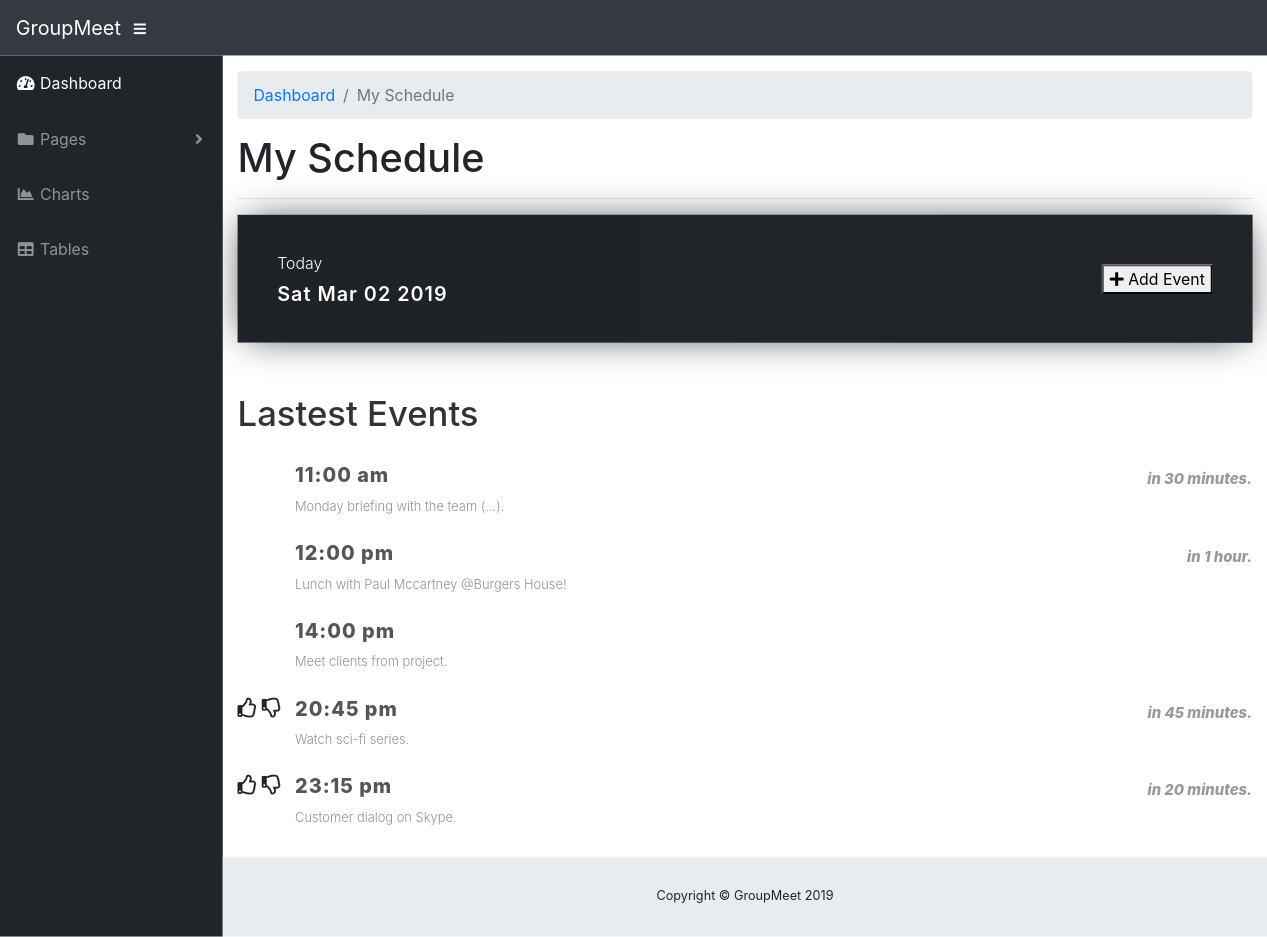
Repository: Map2g/GroupMeet
Page: http://localhost/view_personal_event.html
The author's editor kept a record of every edit. The page is drawn from the files as they stood at one moment, then again after the next edit.
The browser window is 1280 px wide. The pictures show the whole page, at 99% of full size.
The page is run by PHP 8.4 with error messages shown; the project is at /var/www/html/.

Above is the page before.

After the next edit:
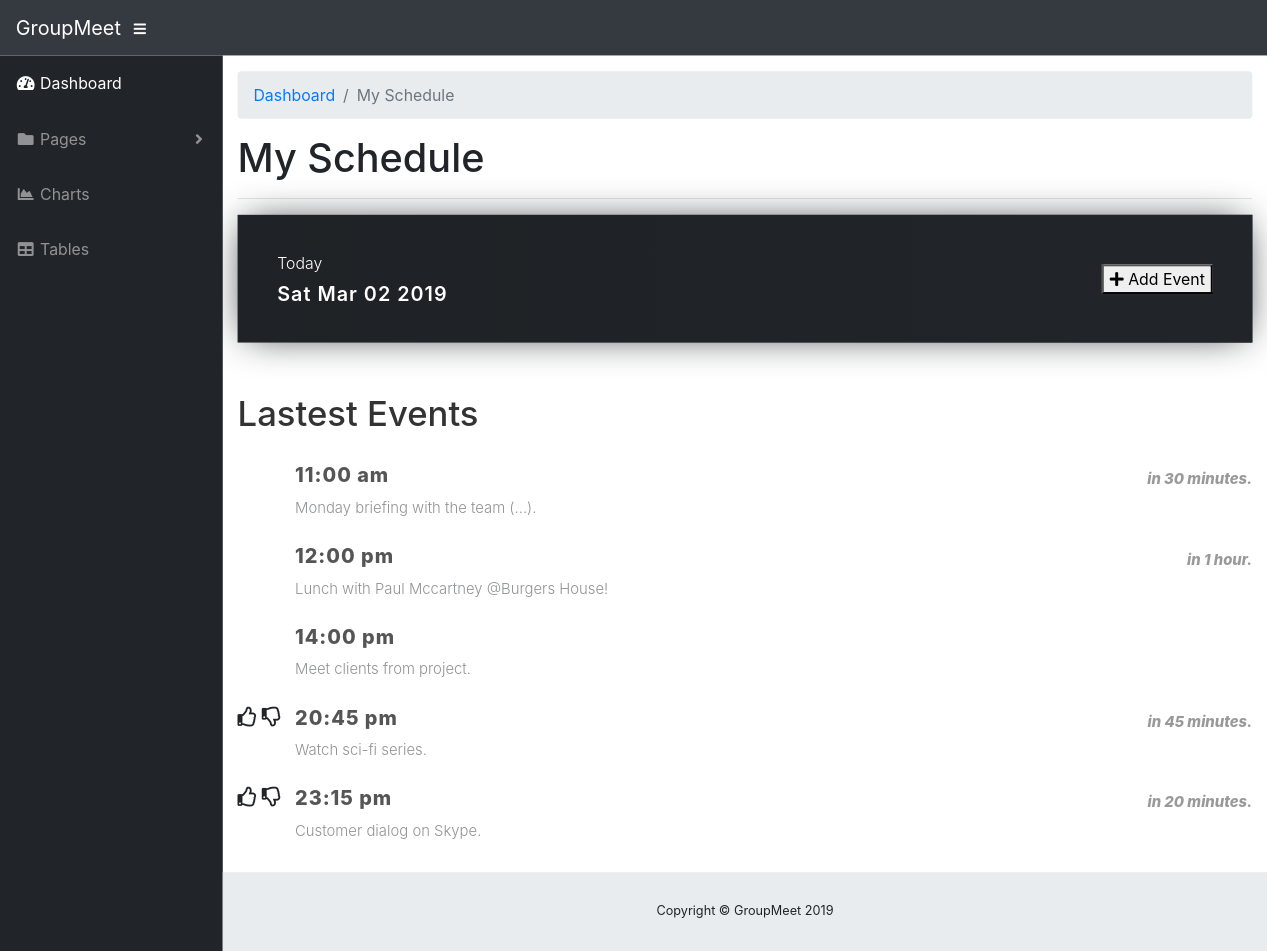
The edit:
--- a/mysched.css
+++ b/mysched.css
@@ -221,8 +221,8 @@
 
             .event__description {
                margin-top: 10px;
-               color: #919294;
-               font-size: 13px;
+               color: #919294;      /*Pick darker color later*/
+               font-size: 15px;
                font-weight: 300;
             }
                .i4 {
